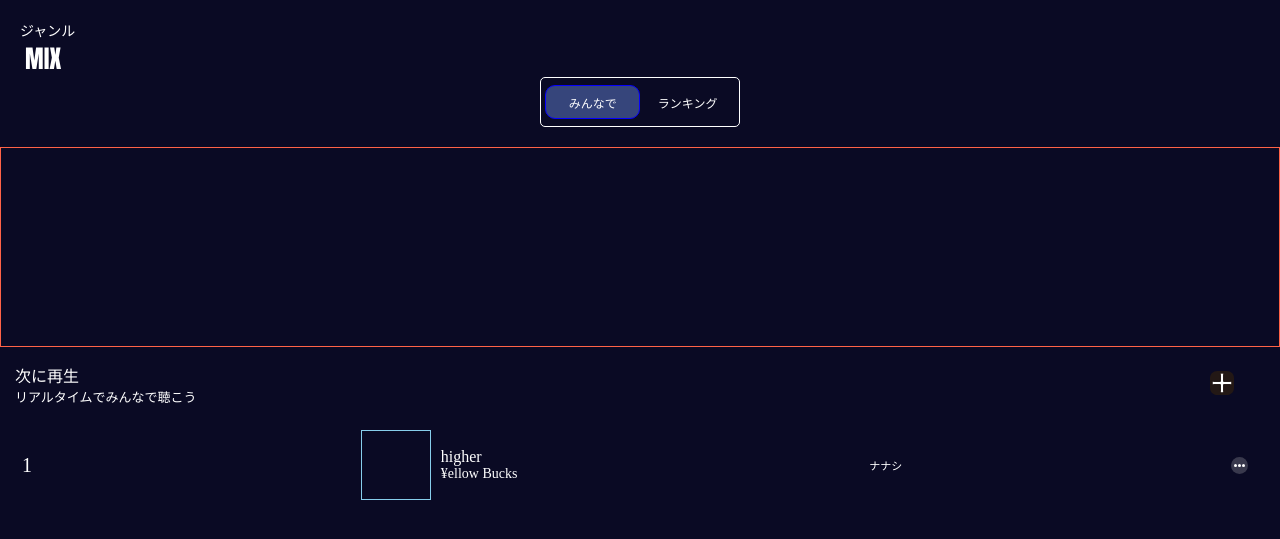
Repository: FujieRyou/2024_team
Page: /LoggedIn
An editor plug-in stored every save of this project. The page is shown before and after the next save, followed by the edit.
The browser window is 1280 px wide. The pictures show the whole page.
The project was rebuilt for these pictures with package versions that can differ from the ones it lists, and the page was loaded fresh each time. The framework's server and built-in components were replaced by stand-ins that run in the browser. Also part of the build but not shown: next.config.js.

Above is the page before, as saved 2024-01-10 12:23:07.

After the next save:
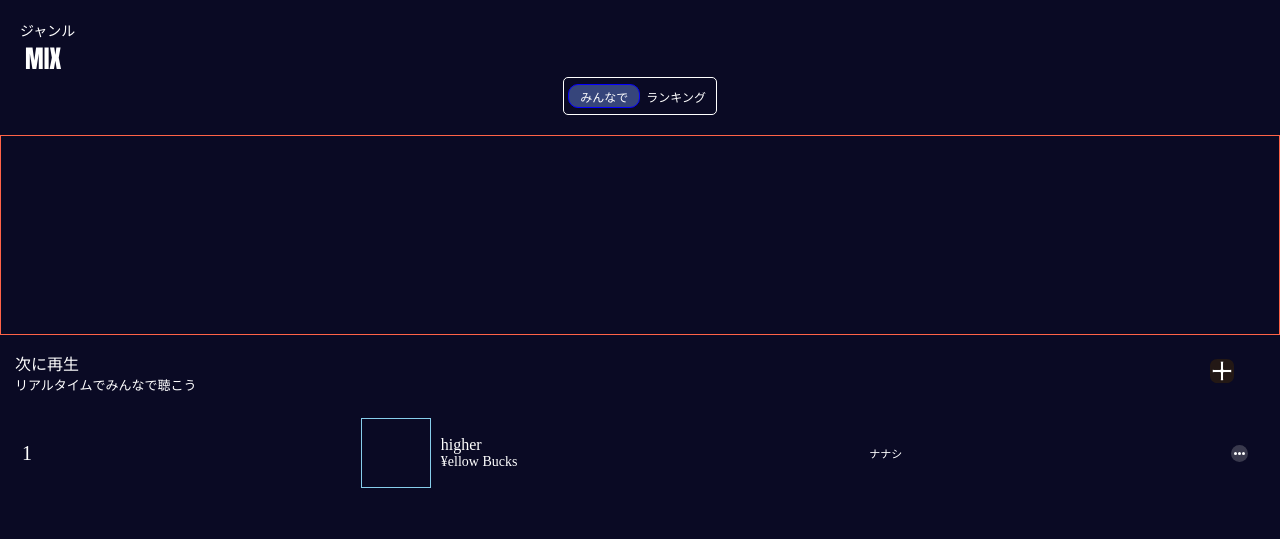
Saved 37 s later.
--- a/src/styles/index.css
+++ b/src/styles/index.css
@@ -187,8 +187,8 @@ h2{
     display: flex;
     justify-content: center;
     align-items: center;
-    width: 200px;
-    height: 50px;
+    width: 154px;
+    height: 38px;
     border: solid 1px #fff;
     border-radius: 5px;
     margin: 0 auto;
